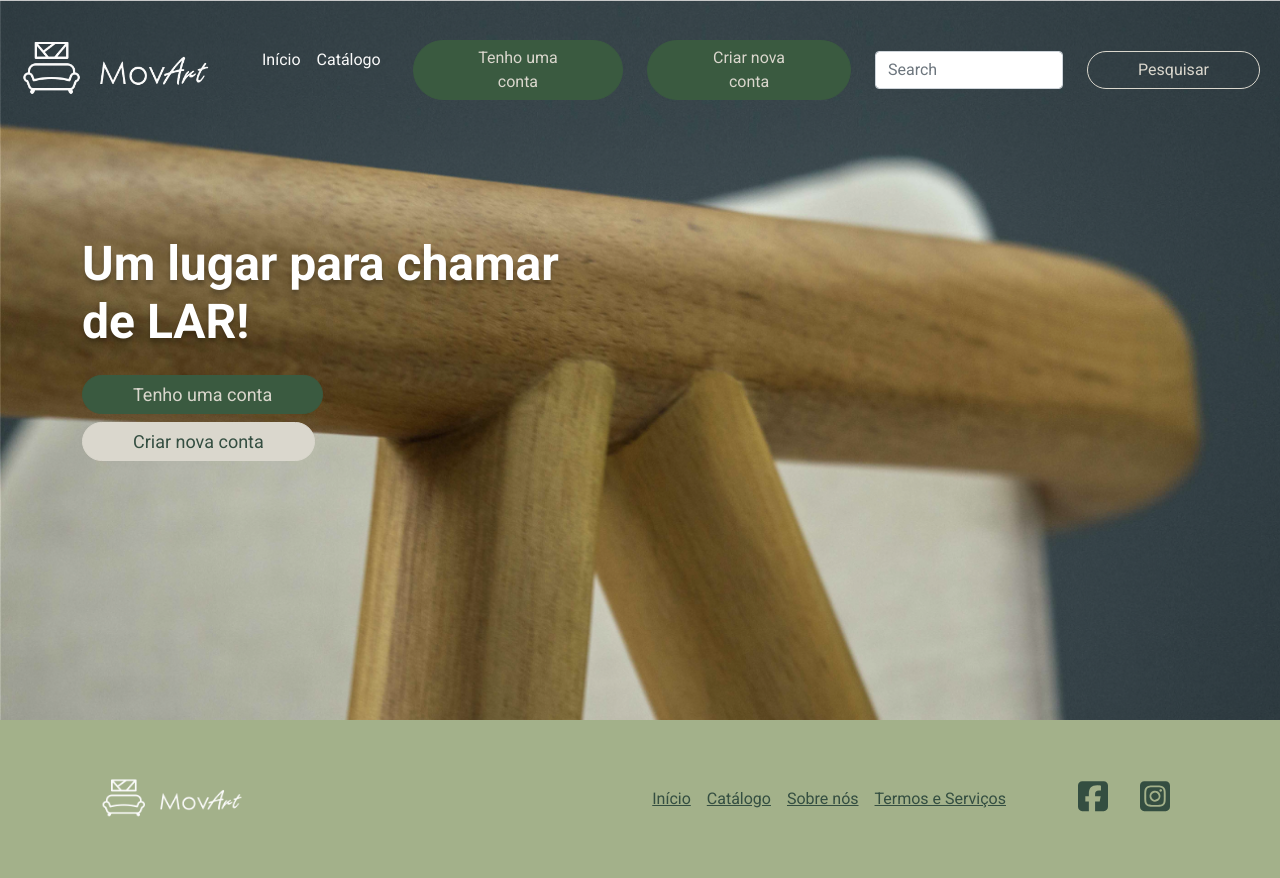
Repository: telesbp/Projeto-4-e-Projeto-5
Page: / (app in front-end/)
The author's editor kept a copy of each file at every save. The page is drawn from the files as they stood at one save, then again after the next save.
The browser window is 1280 px wide. The pictures show the whole page.
The project was rebuilt for these pictures with package versions that can differ from the ones it lists, and the page was loaded fresh each time.

Above is the page before, as saved 2022-07-18 18:57:11.

After the next save:
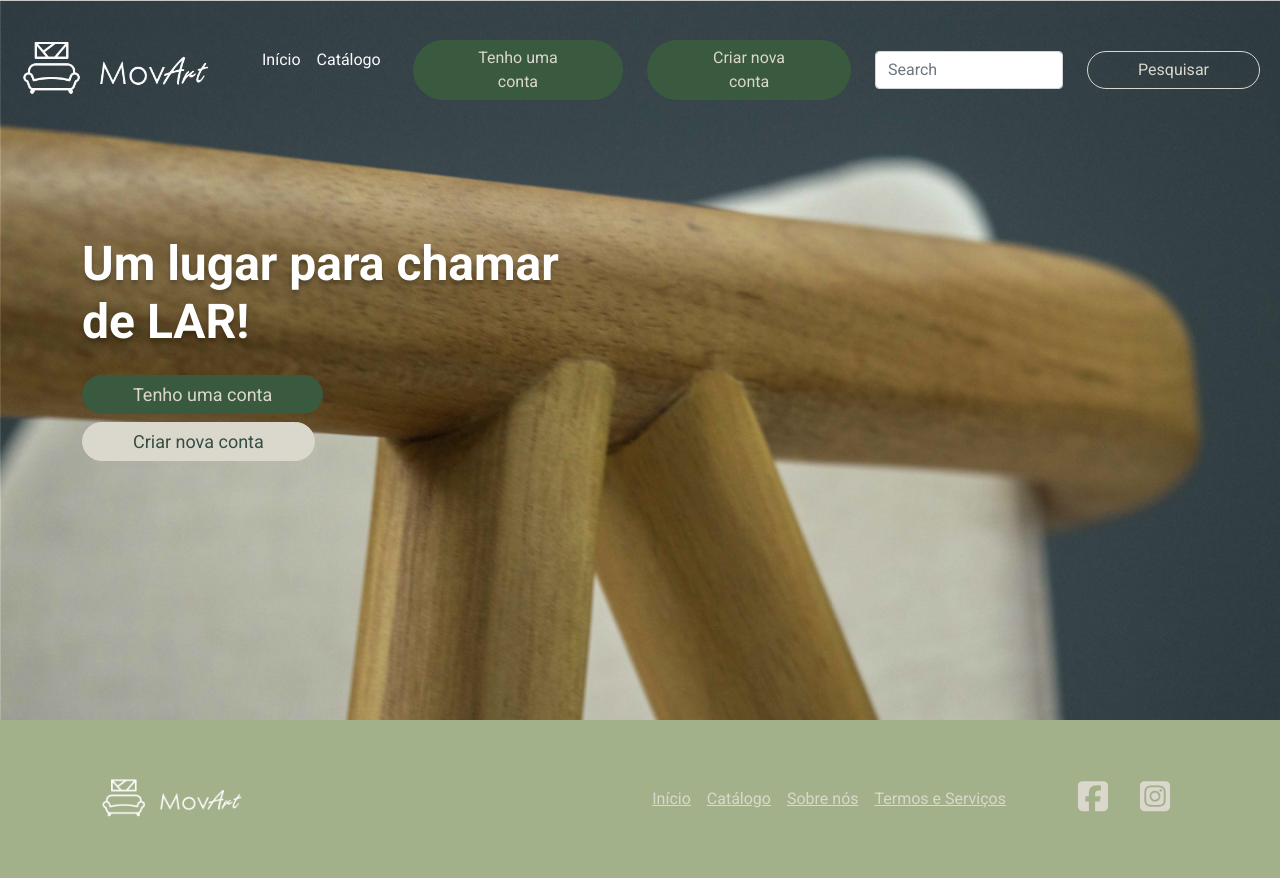
Saved 107 s later.
--- a/front-end/src/components/Layout/Footer.tsx
+++ b/front-end/src/components/Layout/Footer.tsx
@@ -39,13 +39,13 @@ const FooterStyled = styled.footer`
     }
 `
 const NavLinkTitleStyled = styled(Nav.Link)`
-    color:#344E41;
+    color:#DAD7CD;
     &:hover{
-        color:#DAD7CD;
+        color:#344E41;
     }
 `
 const FontAwesomeIconStyle = styled(FontAwesomeIcon)`
-    color: #344E41;
+    color: #DAD7CD;
     width: 30px;
     height: auto;
 `
